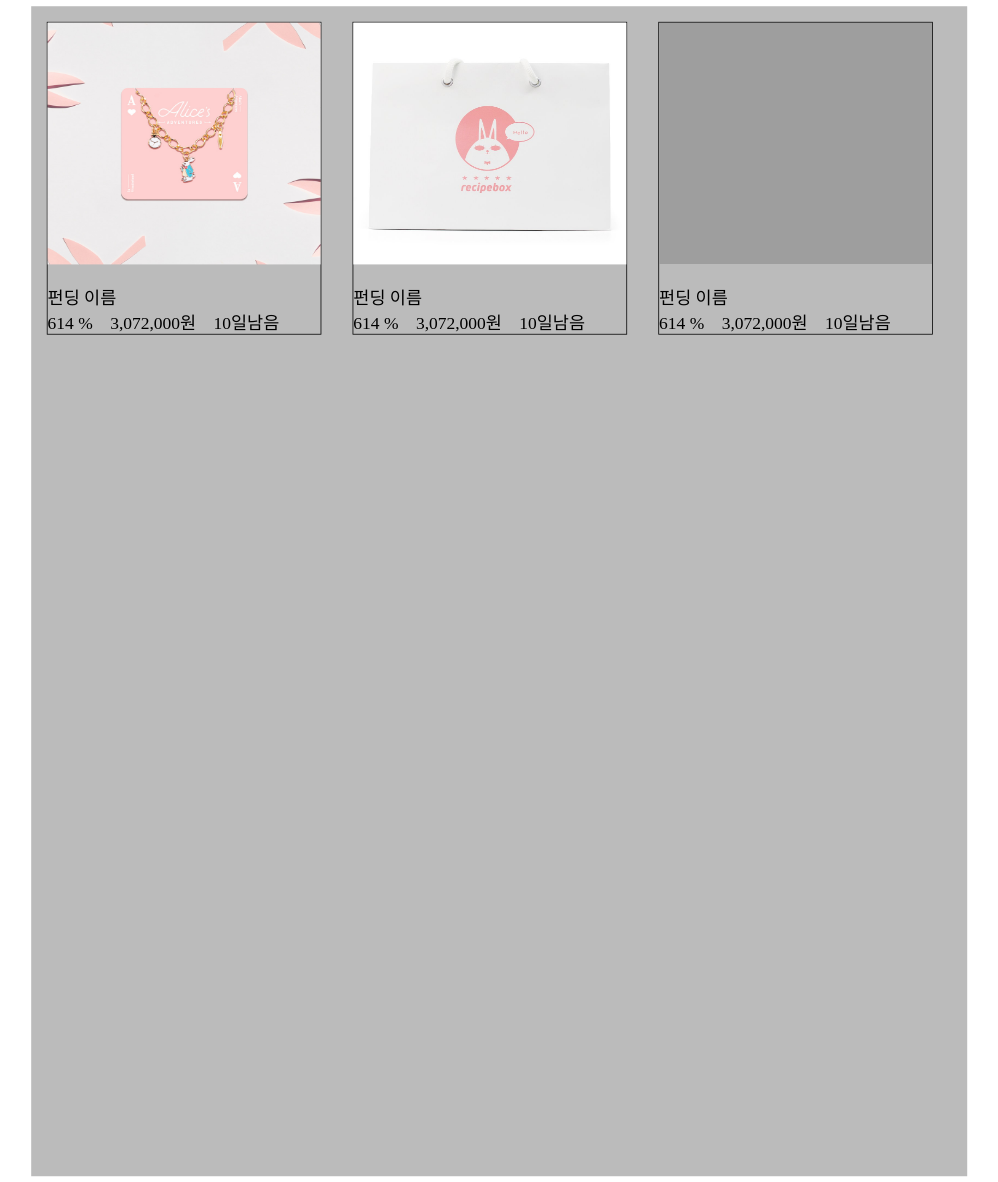
Repository: GroundPark/team6
Page: http://localhost/lefthand/page/product/funding_list.jsp
These files come from the project's save history. The page is drawn as it stood at one moment and after the next save; the edit follows.
The browser window is 1280 px wide. The pictures show the whole page, at 78% of full size.
Pictures or frames that could not be fetched are drawn as grey boxes. The page is served by Tomcat 9. Other server files are loaded and not shown.

Above is the page before, as saved 2021-11-20 17:02:34.

### lefthand/WebContent/page/product/funding_list.jsp
<%@ page language="java" contentType="text/html; charset=UTF-8" pageEncoding="UTF-8"%>


<style>

.funding_contents {
	width:1200px; height:1500px;  margin: 0 auto;
	background-color:#bbbbbb;

}


.funding { margin:20px; border:1px black solid; float:left; font-size:1.4em; }

</style>


<div class="funding_contents">
<div class="funding">
	<img src="../funding/img/fd101_info_1.jpg" style="width:350px; height:310px; padding-bottom:25px;" /><br />
	펀딩 이름</a><br />614 % &nbsp;&nbsp; 3,072,000원 &nbsp;&nbsp; 10일남음
</div>

<div class="funding">
	<img src="../funding/img/fd101_info_2.jpg" style="width:350px; height:310px; padding-bottom:25px;" /><br />
	펀딩 이름</a><br />614 % &nbsp;&nbsp; 3,072,000원 &nbsp;&nbsp; 10일남음
</div>

<div class="funding">
	<img src="../funding/img/fd101_info_3.jpg" style="width:350px; height:310px; padding-bottom:25px;" /><br />
	펀딩 이름</a><br />614 % &nbsp;&nbsp; 3,072,000원 &nbsp;&nbsp; 10일남음
</div>
</div>

After the next save:
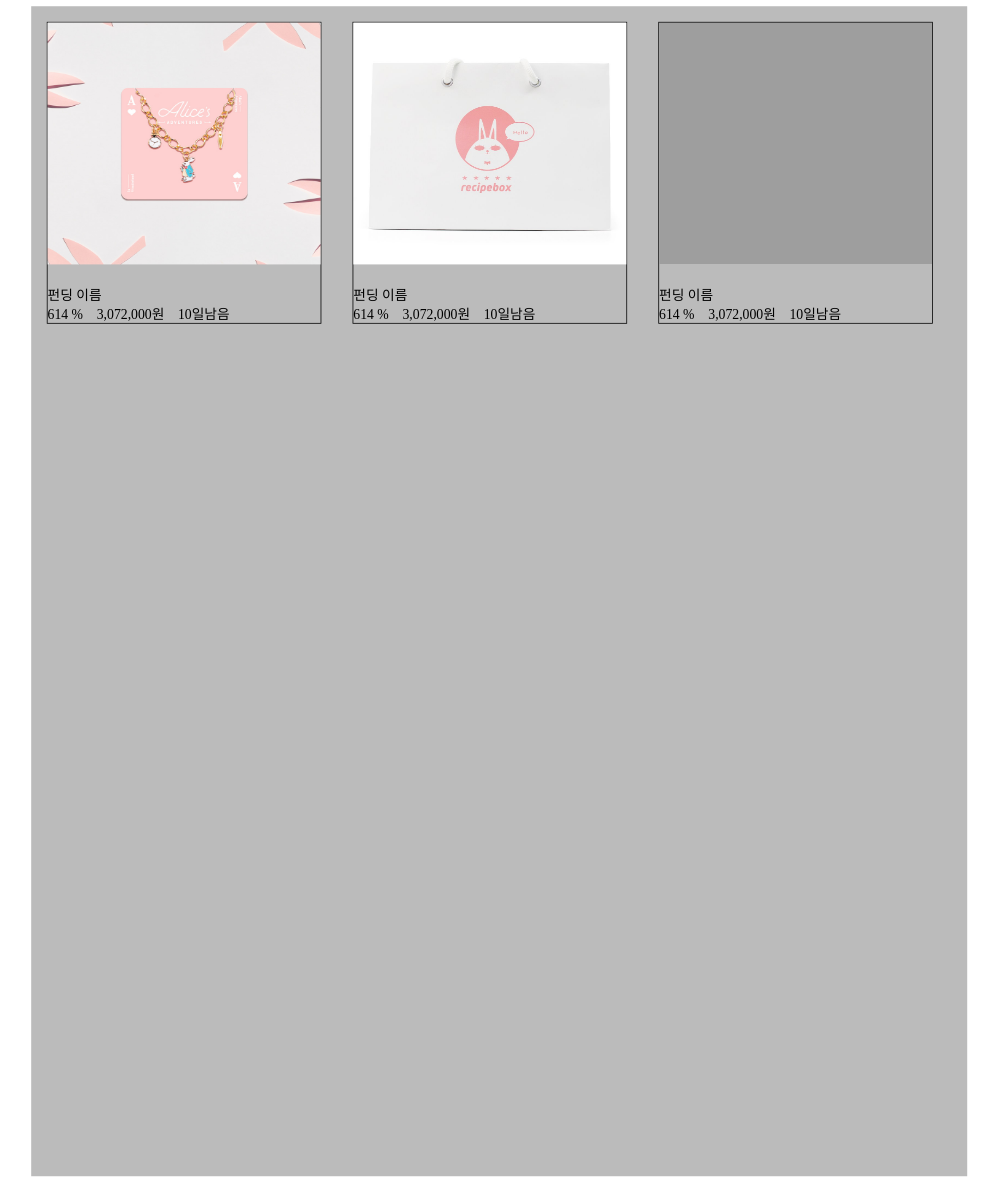
Saved 11 s later.
--- a/lefthand/WebContent/page/product/funding_list.jsp
+++ b/lefthand/WebContent/page/product/funding_list.jsp
@@ -10,7 +10,7 @@
 }
 
 
-.funding { margin:20px; border:1px black solid; float:left; font-size:1.4em; }
+.funding { margin:20px; border:1px black solid; float:left; font-size:1.1em; }
 
 </style>
 
